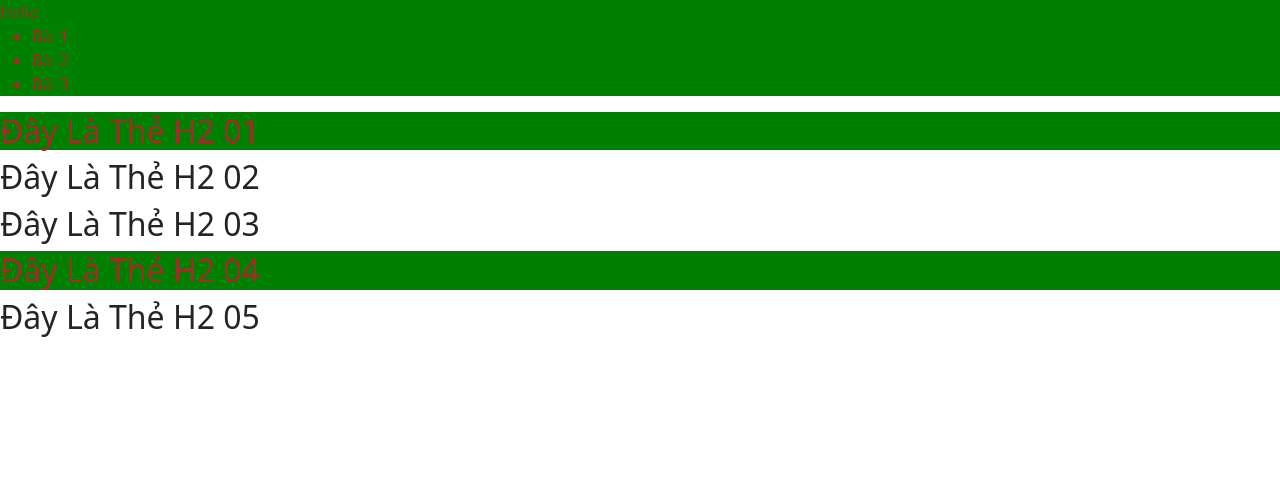
Repository: HuynhDuc23/learn__javascript__basic
Page: lab19/dom.html
An editor plug-in stored every save of this project. The page is shown before and after the next save, followed by the edit.
The browser window is 1280 px wide. The pictures show the whole page.

Above is the page before, as saved 2024-01-10 09:55:42.

### lab19/dom.html
<html lang="en">
<head>
    <meta charset="UTF-8">
    <meta name="viewport" content="width=device-width, initial-scale=1.0">
    <title>Document Object Model (DOM)</title>
    <link href="https://cdn.jsdelivr.net/npm/bootstrap@5.3.2/dist/css/bootstrap.min.css" rel="stylesheet" integrity="sha384-T3c6CoIi6uLrA9TneNEoa7RxnatzjcDSCmG1MXxSR1GAsXEV/Dwwykc2MPK8M2HN" crossorigin="anonymous">
</head>
<body>
    <style>
        .light {
            background: red;
        }
        .dark {
            background: green;
            color: brown;
        }
    </style>
   <div class="light" id="box"> Hello</div>
     <ul id="_ul">
        <li>Bài 1 </li>
        <li>Bài 2 </li>
        <li>Bài 3 </li>
     </ul>
     <h2>Đây Là Thẻ H2 01</h2>
     <h2>Đây Là Thẻ H2 02</h2>
     <h2>Đây Là Thẻ H2 03</h2>
     <h2>Đây Là Thẻ H2 04</h2>
     <h2>Đây Là Thẻ H2 05</h2>
    <script>
       var box = document.getElementById("box");
       console.log(box)
       box.classList.add("dark");

       const _ul =  document.getElementById("_ul");
       _ul.classList.add("dark");
       console.log(_ul);

       const listH2 =  document.getElementsByTagName("h2");
       console.log(listH2);
       listH2[0].classList.add("dark");
       listH2[3].classList.add("dark");

    </script>
       <script src="https://cdn.jsdelivr.net/npm/bootstrap@5.3.2/dist/js/bootstrap.bundle.min.js" integrity="sha384-C6RzsynM9kWDrMNeT87bh95OGNyZPhcTNXj1NW7RuBCsyN/o0jlpcV8Qyq46cDfL" crossorigin="anonymous"></script>
</body>
</html>

After the next save:
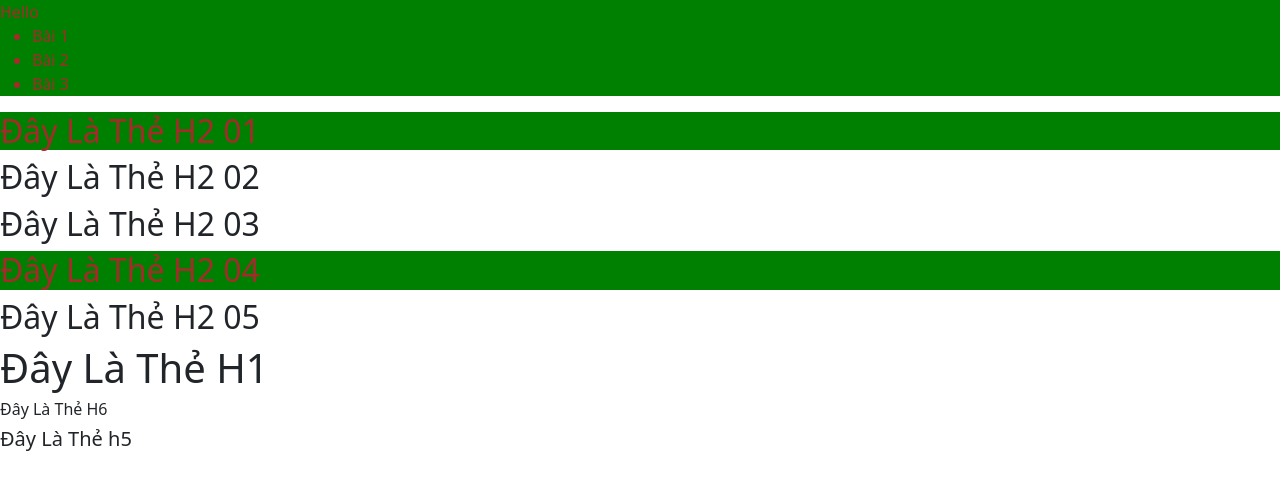
Saved 12 min 34 s later.
--- a/lab19/dom.html
+++ b/lab19/dom.html
@@ -26,6 +26,11 @@
      <h2>Đây Là Thẻ H2 03</h2>
      <h2>Đây Là Thẻ H2 04</h2>
      <h2>Đây Là Thẻ H2 05</h2>
+
+
+      <h1 class="test">Đây Là Thẻ H1</h1>
+      <h6 class="test">Đây Là Thẻ H6</h6>
+      <h5 class="test">Đây Là Thẻ h5</h5>
     <script>
        var box = document.getElementById("box");
        console.log(box)
